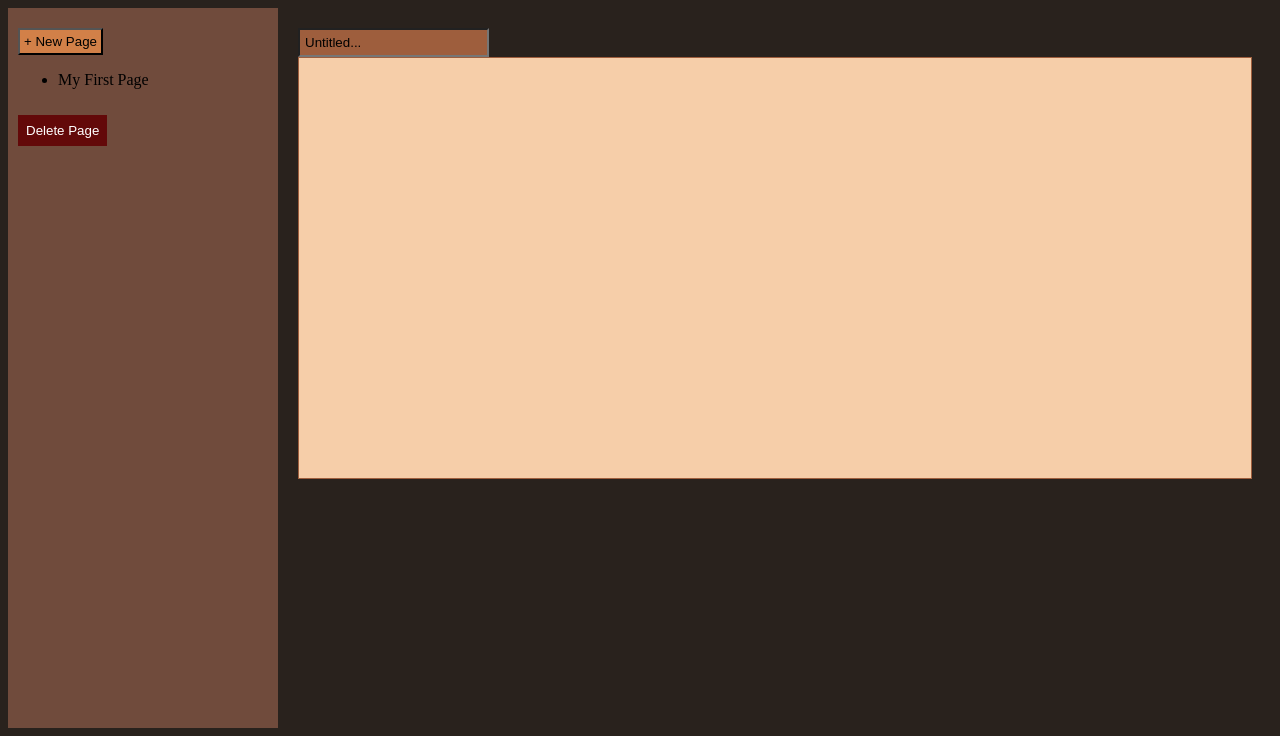
Repository: Dharshinimk-521/notes-app
Page: index.html
These files come from the project's save history. The page is drawn as it stood at one moment and after the next save; the edit follows.
The browser window is 1280 px wide. The pictures show the whole page.

Above is the page before, as saved 2026-04-18 22:06:39.

### index.html
<!DOCTYPE html>
<html lang="en">
    <head>
        <meta charset="UTF-8">
        <meta name="viewport" content="width=device-width, initial-scale=1.0">
        <title>Notes App</title>
        <link rel="stylesheet" href="style.css">
        <script src="app.js" defer></script>
    </head>
    <body>
    <div class="app">

        <aside class="sidebar">
        <button id="newPageBtn">+ New Page</button>
        <ul id="pageList"></ul>
        <button id="deletePageBtn"> Delete Page</button>
        </aside>

        <main class="editor">
        <input id="pageTitle" placeholder="Untitled..." />
        <div id="editorArea" contenteditable="true"></div>
        </main>

    </div>


    </body>
</html>

### style.css
body{
    background-color: #29221D;
}
.app {
  margin: 0;
  display: flex;
  height: 100vh;

}

.sidebar {
  width: 250px;
  background: #704B3C;
  padding: 10px;
}

.editor {
  flex: 1;
  padding: 20px;
}

#editorArea {
  min-height: 400px;
  background-color: #F6CEA9;
  border: 1px solid #9E5E3D;
  padding: 10px;
}
#newPageBtn{
 background-color: #D28048;
 padding: 4px;
 margin-top: 10px;
}
#pageTitle{
    padding:5px;
    background-color: #9E5E3D;
    color: black;
}
::placeholder{
    color:black;
    opacity: 1
}
#deletePageBtn {
  margin-top: 10px;
  background: #630909;
  color: white;
  border: none;
  padding: 8px;
  cursor: pointer;
}

### app.js
// Load pages from localStorage OR use default
let pages = JSON.parse(localStorage.getItem("pages")) || [
  {
    id: "123",
    title: "My First Page",
    content: "<p>Hello world</p>"
  }
];

let currentPageId = null;

// Save all pages
function savePages() {
  localStorage.setItem("pages", JSON.stringify(pages));
}

// Create new page
function createPage() {
  const newPage = {
    id: Date.now().toString(),
    title: "Untitled",
    content: ""
  };

  pages.push(newPage);
  savePages();
  renderPages();
  openPage(newPage.id);
}

// Render sidebar
function renderPages() {
  const pageList = document.getElementById("pageList");
  pageList.innerHTML = "";

  pages.forEach((page) => {
    const li = document.createElement("li");
    li.textContent = page.title;

    if (page.id === currentPageId) {
      li.style.background = "#ddd";
    }

    li.onclick = () => openPage(page.id);

    pageList.appendChild(li);
  });
}

// Open page
function openPage(id) {
    console.log("Opening page:", id);
  const page = pages.find(p => p.id === id);
  currentPageId = id;

  if (!page) return;

  document.getElementById("pageTitle").value = page.title;
  document.getElementById("editorArea").innerHTML = page.content;
}

// Auto save current page
function saveCurrentPage() {
  const page = pages.find(p => p.id === currentPageId);
  if (!page) return;

  page.title = document.getElementById("pageTitle").value;
  page.content = document.getElementById("editorArea").innerHTML;

  savePages();
}
//del func
function deleteCurrentPage() {
  if (!currentPageId) return;

  const confirmDelete = confirm("Delete this page?");
  if (!confirmDelete) return;

  pages = pages.filter(p => p.id !== currentPageId);

  savePages();
  renderPages();

  if (pages.length > 0) {
    openPage(pages[0].id);
  } else {
    currentPageId = null;
    document.getElementById("pageTitle").value = "";
    document.getElementById("editorArea").innerHTML = "";
  }
}
// Event listeners
document.getElementById("newPageBtn").onclick = createPage;
document.getElementById("editorArea").addEventListener("input", saveCurrentPage);
document.getElementById("pageTitle").addEventListener("input", saveCurrentPage);
document.getElementById("deletePageBtn").onclick = deleteCurrentPage;
// Initial render
renderPages();

After the next save:
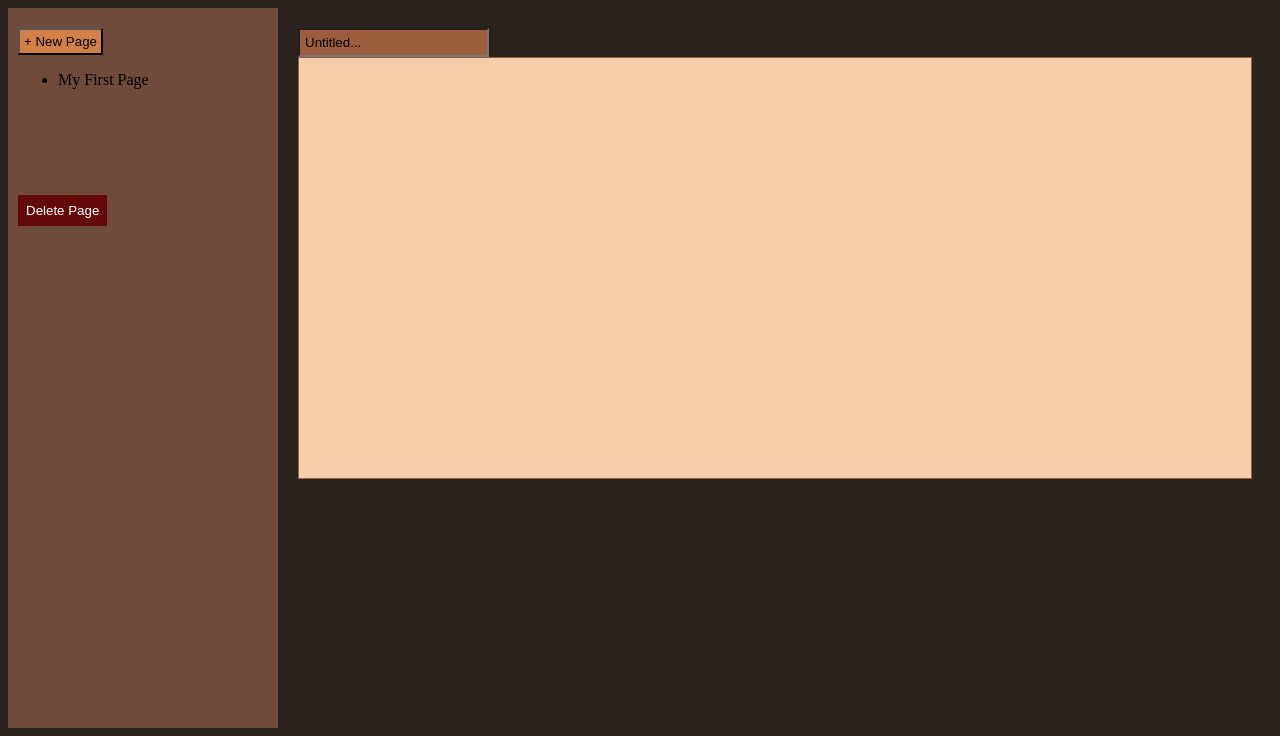
Saved 16 s later.
--- a/style.css
+++ b/style.css
@@ -40,7 +40,7 @@ body{
     opacity: 1
 }
 #deletePageBtn {
-  margin-top: 10px;
+  margin-top: 90px;
   background: #630909;
   color: white;
   border: none;
